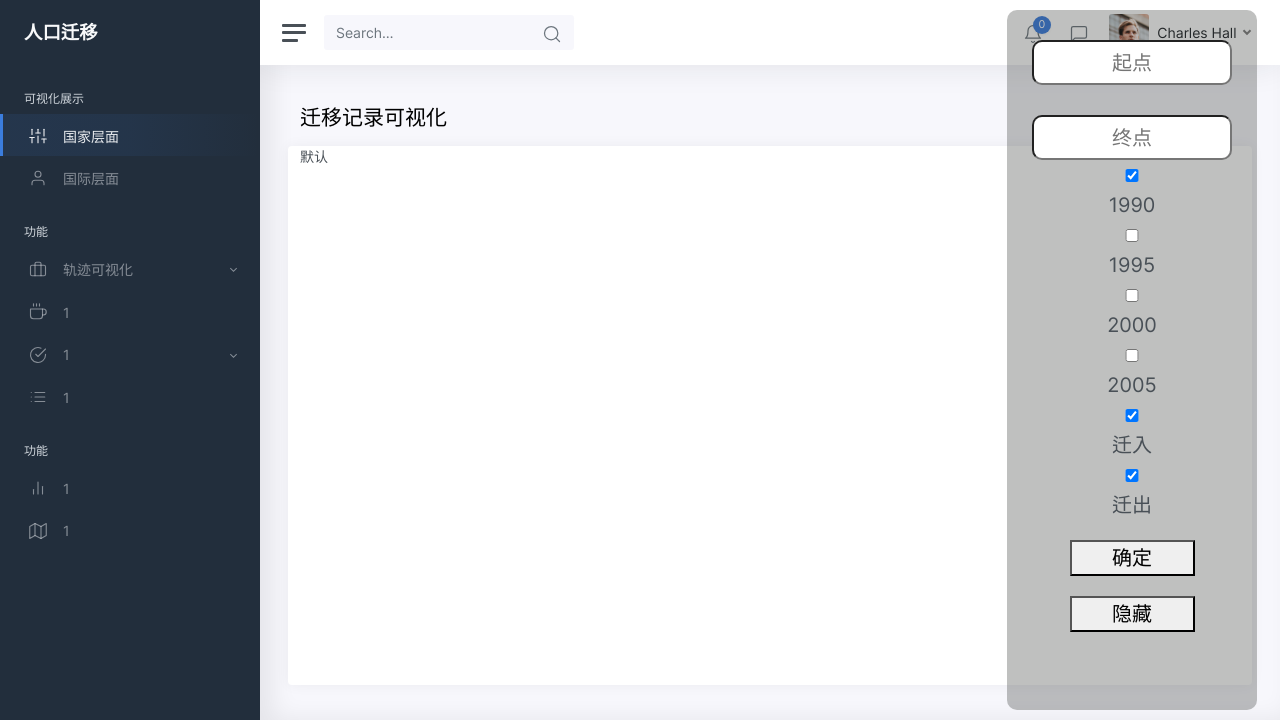
Repository: yuwei0922/WHURS-WGIS
Page: final_project/pages-profile.html
These files come from the project's save history. The page is drawn as it stood at one moment and after the next save; the edit follows.
The browser window is 1280 px wide. The pictures show the whole page.
Some web libraries are served in a nearby version.

Above is the page before, as saved 2022-12-25 20:51:09.
Not found: final_project/js/vendor.js

### final_project/pages-profile.html
<!DOCTYPE html>
<html lang="en">

<head>
	<meta charset="utf-8">
	<meta http-equiv="X-UA-Compatible" content="IE=edge">
	<meta name="viewport" content="width=device-width, initial-scale=1, shrink-to-fit=no">
	<meta name="description" content="Responsive Web UI Kit &amp; Dashboard Template based on Bootstrap">
	<meta name="author" content="AdminKit">
	<meta name="keywords" content="adminkit, bootstrap, web ui kit, dashboard template, admin template">
	<link rel="shortcut icon" href="img/icons/icon-48x48.png" />
	<title>Profile</title>
	<link href="css/app.css" rel="stylesheet">
	<link rel="stylesheet" href="css/content.css">
	<link href="https://cdn.bootcdn.net/ajax/libs/font-awesome/6.1.1/css/all.css" rel="stylesheet">
</head>


<body>
	<div class="wrapper">
		<!--左边导航栏-->
		<nav id="sidebar" class="sidebar">
			<div class="sidebar-content js-simplebar">
				<a class="sidebar-brand" href="index.html">
					<span class="align-middle">人口迁移</span>
				</a>

				<ul class="sidebar-nav">
					<li class="sidebar-header">
						可视化展示
					</li>

					<li class="sidebar-item active">
						<a class="sidebar-link" href="index.html">
							<i class="align-middle" data-feather="sliders"></i> <span class="align-middle">国家层面</span>
						</a>
					</li>

					<li class="sidebar-item">
						<a class="sidebar-link" href="#">
							<i class="align-middle" data-feather="user"></i> <span class="align-middle">国际层面</span>
						</a>
					</li>


					<li class="sidebar-header">
						功能
					</li>

					<li class="sidebar-item">
						<a href="#ui" data-toggle="collapse" class="sidebar-link collapsed">
							<i class="align-middle" data-feather="briefcase"></i>
							<span class="align-middle">轨迹可视化</span>
						</a>
						<ul id="ui" class="sidebar-dropdown list-unstyled collapse " data-parent="#sidebar">
							<li class="sidebar-item"><a class="sidebar-link" href="pages-profile.html">大屏显示</a></li>
							<li class="sidebar-item"><a class="sidebar-link" href="#">Buttons</a>轨迹选取</li>
						</ul>
					</li>

					<li class="sidebar-item">
						<a class="sidebar-link" href="icons-feather.html">
							<i class="align-middle" data-feather="coffee"></i> <span class="align-middle">1</span>
						</a>
					</li>

					<li class="sidebar-item">
						<a href="#forms" data-toggle="collapse" class="sidebar-link collapsed">
							<i class="align-middle" data-feather="check-circle"></i> <span class="align-middle">1</span>
						</a>
						<ul id="forms" class="sidebar-dropdown list-unstyled collapse " data-parent="#sidebar">
							<li class="sidebar-item"><a class="sidebar-link" href="forms-layouts.html">1</a>
							</li>
							<li class="sidebar-item"><a class="sidebar-link" href="forms-basic-inputs.html">1</a></li>
						</ul>
					</li>

					<li class="sidebar-item">
						<a class="sidebar-link" href="tables-bootstrap.html">
							<i class="align-middle" data-feather="list"></i> <span class="align-middle">1</span>
						</a>
					</li>

					<li class="sidebar-header">
						功能
					</li>

					<li class="sidebar-item">
						<a class="sidebar-link" href="charts-chartjs.html">
							<i class="align-middle" data-feather="bar-chart-2"></i> <span class="align-middle">1</span>
						</a>
					</li>

					<li class="sidebar-item">
						<a class="sidebar-link" href="maps-google.html">
							<i class="align-middle" data-feather="map"></i> <span class="align-middle">1</span>
						</a>
					</li>
				</ul>

			</div>
		</nav>
		<!--中间主要部分-->
		<div class="main">
			<!--头顶导航栏-->
			<nav class="navbar navbar-expand navbar-light navbar-bg">
				<a class="sidebar-toggle d-flex">
					<i class="hamburger align-self-center"></i>
				</a>

				<form class="form-inline d-none d-sm-inline-block">
					<div class="input-group input-group-navbar">
						<input type="text" class="form-control" placeholder="Search…" aria-label="Search">
						<div class="input-group-append">
							<button class="btn" type="button">
								<i class="align-middle" data-feather="search"></i>
							</button>
						</div>
					</div>
				</form>

				<div class="navbar-collapse collapse">
					<ul class="navbar-nav navbar-align">
						<li class="nav-item dropdown">
							<a class="nav-icon dropdown-toggle" href="#" id="alertsDropdown" data-toggle="dropdown">
								<div class="position-relative">
									<i class="align-middle" data-feather="bell"></i>
									<span class="indicator">0</span>
								</div>
							</a>
							<div class="dropdown-menu dropdown-menu-lg dropdown-menu-right py-0"
								aria-labelledby="alertsDropdown">
								<div class="dropdown-menu-header">
									0个未读注意事项
								</div>
								<div class="list-group">
									<a href="#" class="list-group-item">
										<div class="row no-gutters align-items-center">
											<div class="col-2">
												<i class="text-danger" data-feather="alert-circle"></i>
											</div>
											<div class="col-10">
												<div class="text-dark">升级</div>
												<div class="text-muted small mt-1">Restart server 12 to complete the
													update.</div>
												<div class="text-muted small mt-1">30m ago</div>
											</div>
										</div>
									</a>
									<a href="#" class="list-group-item">
										<div class="row no-gutters align-items-center">
											<div class="col-2">
												<i class="text-warning" data-feather="bell"></i>
											</div>
											<div class="col-10">
												<div class="text-dark">Lorem ipsum</div>
												<div class="text-muted small mt-1">Aliquam ex eros, imperdiet vulputate
													hendrerit et.</div>
												<div class="text-muted small mt-1">2h ago</div>
											</div>
										</div>
									</a>
									<a href="#" class="list-group-item">
										<div class="row no-gutters align-items-center">
											<div class="col-2">
												<i class="text-primary" data-feather="home"></i>
											</div>
											<div class="col-10">
												<div class="text-dark">Login from 192.186.1.8</div>
												<div class="text-muted small mt-1">5h ago</div>
											</div>
										</div>
									</a>
									<a href="#" class="list-group-item">
										<div class="row no-gutters align-items-center">
											<div class="col-2">
												<i class="text-success" data-feather="user-plus"></i>
											</div>
											<div class="col-10">
												<div class="text-dark">New connection</div>
												<div class="text-muted small mt-1">Christina accepted your request.
												</div>
												<div class="text-muted small mt-1">14h ago</div>
											</div>
										</div>
									</a>
								</div>
								<div class="dropdown-menu-footer">
									<a href="#" class="text-muted">Show all notifications</a>
								</div>
							</div>
						</li>
						<li class="nav-item dropdown">
							<a class="nav-icon dropdown-toggle" href="#" id="messagesDropdown" data-toggle="dropdown">
								<div class="position-relative">
									<i class="align-middle" data-feather="message-square"></i>
								</div>
							</a>
							<div class="dropdown-menu dropdown-menu-lg dropdown-menu-right py-0"
								aria-labelledby="messagesDropdown">
								<div class="dropdown-menu-header">
									<div class="position-relative">
										4 New Messages
									</div>
								</div>
								<div class="list-group">
									<a href="#" class="list-group-item">
										<div class="row no-gutters align-items-center">
											<div class="col-2">
												<img src="img/avatars/avatar-5.jpg"
													class="avatar img-fluid rounded-circle" alt="Vanessa Tucker">
											</div>
											<div class="col-10 pl-2">
												<div class="text-dark">Vanessa Tucker</div>
												<div class="text-muted small mt-1">Nam pretium turpis et arcu. Duis arcu
													tortor.</div>
												<div class="text-muted small mt-1">15m ago</div>
											</div>
										</div>
									</a>
									<a href="#" class="list-group-item">
										<div class="row no-gutters align-items-center">
											<div class="col-2">
												<img src="img/avatars/avatar-2.jpg"
													class="avatar img-fluid rounded-circle" alt="William Harris">
											</div>
											<div class="col-10 pl-2">
												<div class="text-dark">William Harris</div>
												<div class="text-muted small mt-1">Curabitur ligula sapien euismod
													vitae.</div>
												<div class="text-muted small mt-1">2h ago</div>
											</div>
										</div>
									</a>
									<a href="#" class="list-group-item">
										<div class="row no-gutters align-items-center">
											<div class="col-2">
												<img src="img/avatars/avatar-4.jpg"
													class="avatar img-fluid rounded-circle" alt="Christina Mason">
											</div>
											<div class="col-10 pl-2">
												<div class="text-dark">Christina Mason</div>
												<div class="text-muted small mt-1">Pellentesque auctor neque nec urna.
												</div>
												<div class="text-muted small mt-1">4h ago</div>
											</div>
										</div>
									</a>
									<a href="#" class="list-group-item">
										<div class="row no-gutters align-items-center">
											<div class="col-2">
												<img src="img/avatars/avatar-3.jpg"
													class="avatar img-fluid rounded-circle" alt="Sharon Lessman">
											</div>
											<div class="col-10 pl-2">
												<div class="text-dark">Sharon Lessman</div>
												<div class="text-muted small mt-1">Aenean tellus metus, bibendum sed,
													posuere ac, mattis non.</div>
												<div class="text-muted small mt-1">5h ago</div>
											</div>
										</div>
									</a>
								</div>
								<div class="dropdown-menu-footer">
									<a href="#" class="text-muted">Show all messages</a>
								</div>
							</div>
						</li>
						<li class="nav-item dropdown">
							<a class="nav-icon dropdown-toggle d-inline-block d-sm-none" href="#"
								data-toggle="dropdown">
								<i class="align-middle" data-feather="settings"></i>
							</a>

							<a class="nav-link dropdown-toggle d-none d-sm-inline-block" href="#"
								data-toggle="dropdown">
								<img src="img/avatars/avatar.jpg" class="avatar img-fluid rounded mr-1"
									alt="Charles Hall" /> <span class="text-dark">Charles Hall</span>
							</a>
							<div class="dropdown-menu dropdown-menu-right">
								<a class="dropdown-item" href="pages-profile.html"><i class="align-middle mr-1"
										data-feather="user"></i> Profile</a>
								<a class="dropdown-item" href="#"><i class="align-middle mr-1"
										data-feather="pie-chart"></i> Analytics</a>
								<div class="dropdown-divider"></div>
								<a class="dropdown-item" href="pages-settings.html"><i class="align-middle mr-1"
										data-feather="settings"></i> Settings & Privacy</a>
								<a class="dropdown-item" href="#"><i class="align-middle mr-1"
										data-feather="help-circle"></i> Help Center</a>
								<div class="dropdown-divider"></div>
								<a class="dropdown-item" href="#">Log out</a>
							</div>
						</li>
					</ul>
				</div>
			</nav>
			<main class="content">
				<div class="container-fluid p-0 map-background">
					<h1 class="h3 mb-3">迁移记录可视化</h1>
					<div class="row map-background">
						<div class="card col-12 mapcontent">默认</div>
					</div>
				</div>
			</main>
		</div>
	<div class="select-contronller" style="border-radius: 10px; font-size: 20px;">
		<input type="text" placeholder="起点" name="ori" class="input-right" id="input-ori">
		<input type="text" placeholder="终点" name="des" class="input-right" id="input-des">
		<input type="checkbox"  id="year" value="1990" class="radiosel" style="position: static;opacity: 1;" checked>1990
		<input type="checkbox"  id="year" value="1995" class="radiosel" style="position: static;opacity: 1;">1995
		<input type="checkbox"  id="year" value="2000" class="radiosel" style="position: static;opacity: 1;">2000
		<input type="checkbox"  id="year" value="2005" class="radiosel" style="position: static;opacity: 1;">2005
		<input type="checkbox"  id="year" value="in" class="radiosel" style="position: static;opacity: 1;" checked>迁入
		<input type="checkbox"  id="year" value="out" class="radiosel" style="position: static;opacity: 1;" checked>迁出
		<br>
		<button class="submitcheck2" style="width: 50%; margin-top: 20px;">确定</button>
		<br>
		<button class="displaycheck" style="width: 50%; margin-top: 20px;">隐藏</button>
	</div>
	<script src="js/jquery.js"></script>
	<script src="js/vendor.js"></script>
	<script src="js/app.js"></script>
	<script>
		let changedis=document.querySelector(".displaycheck")
		changedis.addEventListener('mouseover',function(){this.style.cursor="pointer"})
		changedis.addEventListener('click',function(e){
			e.target.parentNode.style.opacity=0;})
		let yesy=document.querySelector('#year')
	</script>
</body>

</html>

### final_project/css/content.css
.map-background {
    height: 100%;
}

.mapcontent {
    height: 90%;
}

.select-contronller {
    position: absolute;
    height: 700px;
    top: 50%;
    right: 23px;
    transform: translateY(-50%);
    background-color: rgba(45, 48, 43, 0.3);
    text-align: center;
    width: 250px;
    opacity: 1;
    transition: .5s;

}

.input-right {
    margin-top: 30px;
    width: 80%;
    text-align: center;
    border-radius: 10px;
    height: 45px;
}



.radiosel {
    margin-top: 5px;
    width: 100%;
}

.inouttype {
    margin-top: 30px;
    margin-left: 10px;
}

.changedis {
    position: absolute;
    height: 40px;
    font-size: 25px;
    width: 100%;
    bottom: 0;
    margin: 0 auto;
    color: black;
    background-color: rgba(45, 48, 43, 0.4);
    border-radius: 10px;
}

#selectcountry {
    width: 340px;
    height: 60px;
    text-align: center;
    font-size: 20px;
    font-weight: 700;
    margin-top: 5%;
    display: block;
}

input[type="checkbox"] {
    position: absolute;
    opacity: 0;
    z-index: -1;
}

.check-box {
    display: flex;
    align-items: center;
    width: 90px;
    height: 50px;
    background: #2f4056;
    border-radius: 25px;
    cursor: pointer;
    transition: all 0.5s ease;
}

.check-handler {
    display: flex;
    justify-content: center;
    align-items: center;
    margin-left: 5px;
    width: 40px;
    height: 40px;
    background: #fff;
    border-radius: 50%;
    box-shadow: 0 0 8px rgba(0, 0, 0, 0.3);
    transition: all 0.5s ease;
}

.check-handler::before {
    font-family: "Font Awesome 6 Free";
    content: "入";
    color: #2f4056;
    font-size: 1.5em;
    font-weight: 900;
}

input[type="checkbox"]:checked+.check-box {
    background: #5fb878;
}

input[type="checkbox"]:checked+.check-box .check-handler {
    margin-left: 50%;
}

input[type="checkbox"]:checked+.check-box .check-handler::before {
    font-family: "Font Awesome 6 Free";
    content: "出";
    color: #5fb878;
}

.timecontainer{
    width: 300px;
    height: 50px;
    border:0px solid red;
}
.dot{
    border:1px solid #007Aff;
    width: 11px;
    height: 11px;
    border-radius: 10px;
    background: white;
    margin: auto;
    margin-bottom: -6px;
}
.item{
    flex:1.5;
    border-bottom:1px solid #cdcdcd;
}
.item1{
    flex:1;
    border-bottom:0px solid #cdcdcd;
}

.submitcheck{
    width:40% ;
    margin:20px auto;
}

Loaded but not shown: final_project/css/app.css (library); final_project/js/jquery.js (library); final_project/js/app.js (library)

After the next save:
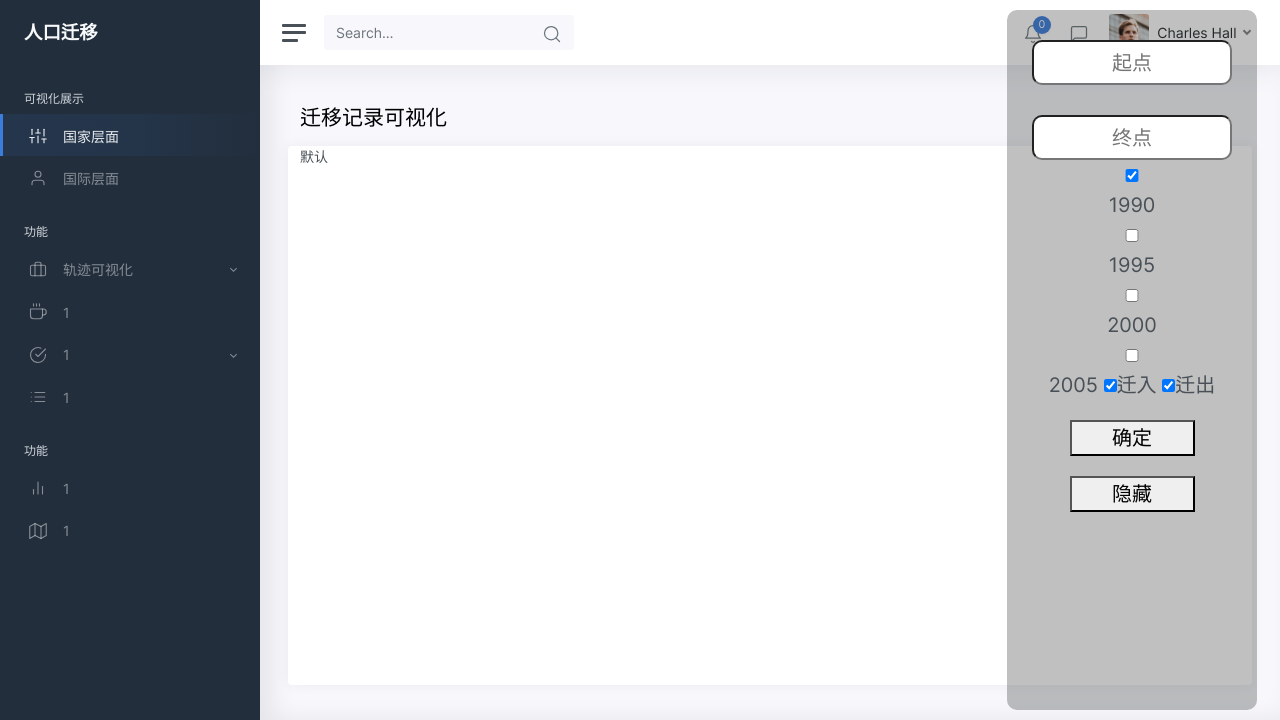
Saved 4 min 17 s later.
--- a/final_project/pages-profile.html
+++ b/final_project/pages-profile.html
@@ -306,12 +306,12 @@
 	<div class="select-contronller" style="border-radius: 10px; font-size: 20px;">
 		<input type="text" placeholder="起点" name="ori" class="input-right" id="input-ori">
 		<input type="text" placeholder="终点" name="des" class="input-right" id="input-des">
-		<input type="checkbox"  id="year" value="1990" class="radiosel" style="position: static;opacity: 1;" checked>1990
-		<input type="checkbox"  id="year" value="1995" class="radiosel" style="position: static;opacity: 1;">1995
-		<input type="checkbox"  id="year" value="2000" class="radiosel" style="position: static;opacity: 1;">2000
-		<input type="checkbox"  id="year" value="2005" class="radiosel" style="position: static;opacity: 1;">2005
-		<input type="checkbox"  id="year" value="in" class="radiosel" style="position: static;opacity: 1;" checked>迁入
-		<input type="checkbox"  id="year" value="out" class="radiosel" style="position: static;opacity: 1;" checked>迁出
+		<input type="checkbox"  name="year" value="1990" class="radiosel" style="position: static;opacity: 1;" checked>1990
+		<input type="checkbox"  name="year" value="1995" class="radiosel" style="position: static;opacity: 1;">1995
+		<input type="checkbox"  name="year" value="2000" class="radiosel" style="position: static;opacity: 1;">2000
+		<input type="checkbox"  name="year" value="2005" class="radiosel" style="position: static;opacity: 1;">2005
+		<input type="checkbox"  name="inouttype" value="in" class="radiosel2" style="position: static;opacity: 1;" checked>迁入
+		<input type="checkbox"  name="inouttype" value="out" class="radiosel2" style="position: static;opacity: 1;" checked>迁出
 		<br>
 		<button class="submitcheck2" style="width: 50%; margin-top: 20px;">确定</button>
 		<br>
